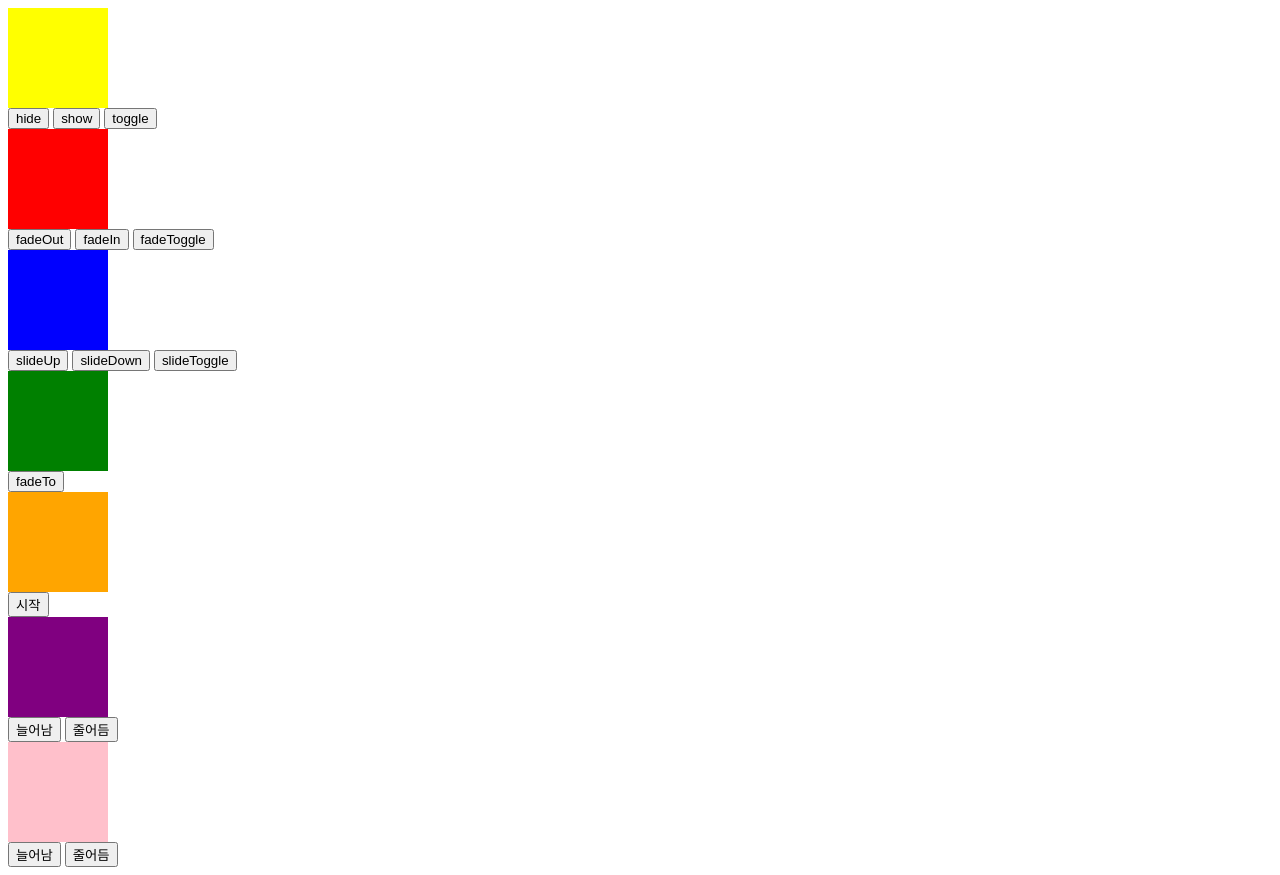
Repository: mjh1583/Hustar03_eGov
Page: http://localhost/JavaScript/js011.jsp
These files come from the project's save history. The page is drawn as it stood at one moment and after the next save; the edit follows.
The browser window is 1280 px wide. The pictures show the whole page.
The page is served by Tomcat 9.

Above is the page before, as saved 2021-05-07 01:43:29.

After the next save:
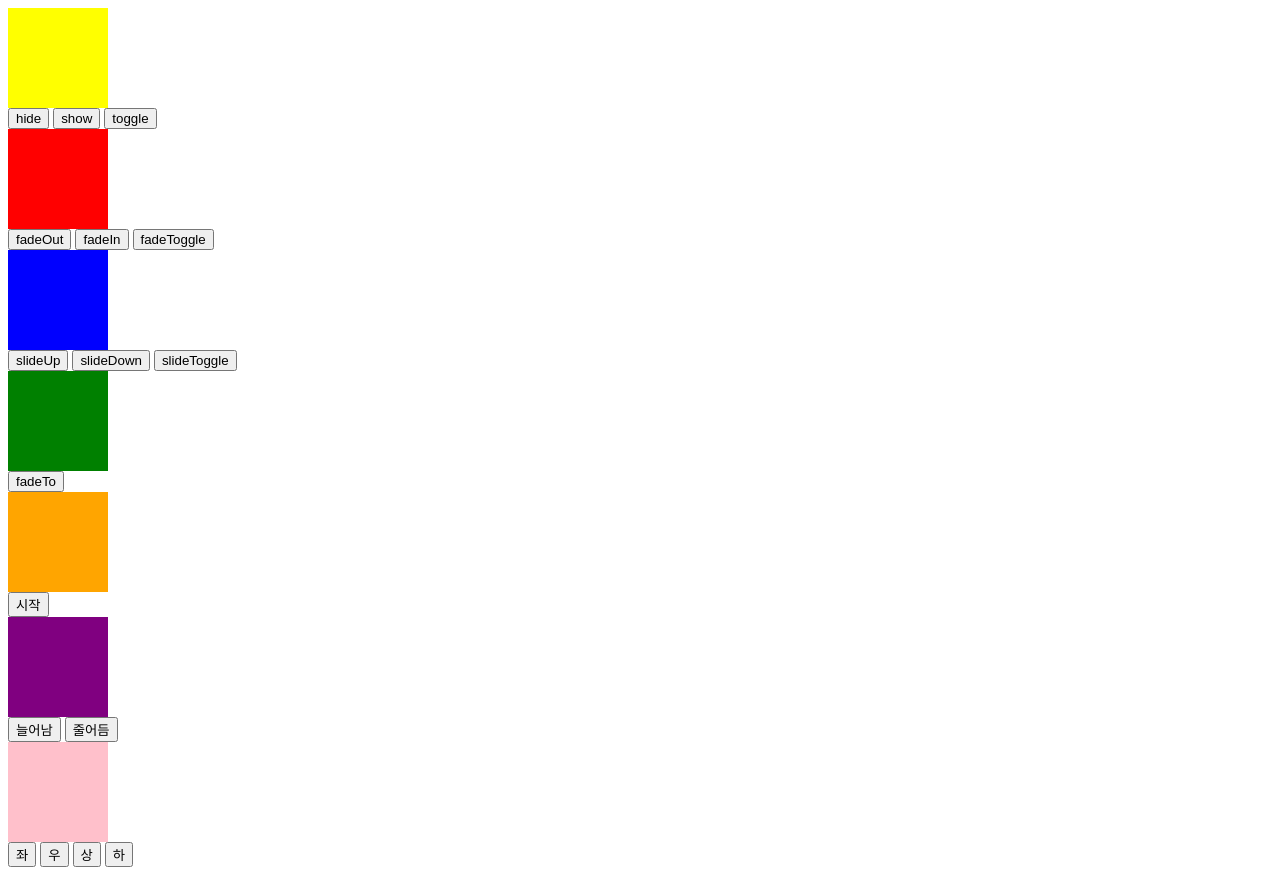
Saved 22 s later.
--- a/workspace/JavaScript/src/main/webapp/js011.jsp
+++ b/workspace/JavaScript/src/main/webapp/js011.jsp
@@ -46,8 +46,10 @@
 
 	<div>
 		<div id="div7" style="width: 100px; height: 100px; background-color: pink;"></div>
-		<input type="button" id="btn7_1" value="늘어남"/>
-		<input type="button" id="btn7_2" value="줄어듬"/>
+		<input type="button" id="btn7_1" value="좌"/>
+		<input type="button" id="btn7_2" value="우"/>
+		<input type="button" id="btn7_3" value="상"/>
+		<input type="button" id="btn7_4" value="하"/>
 	</div>
 
 
